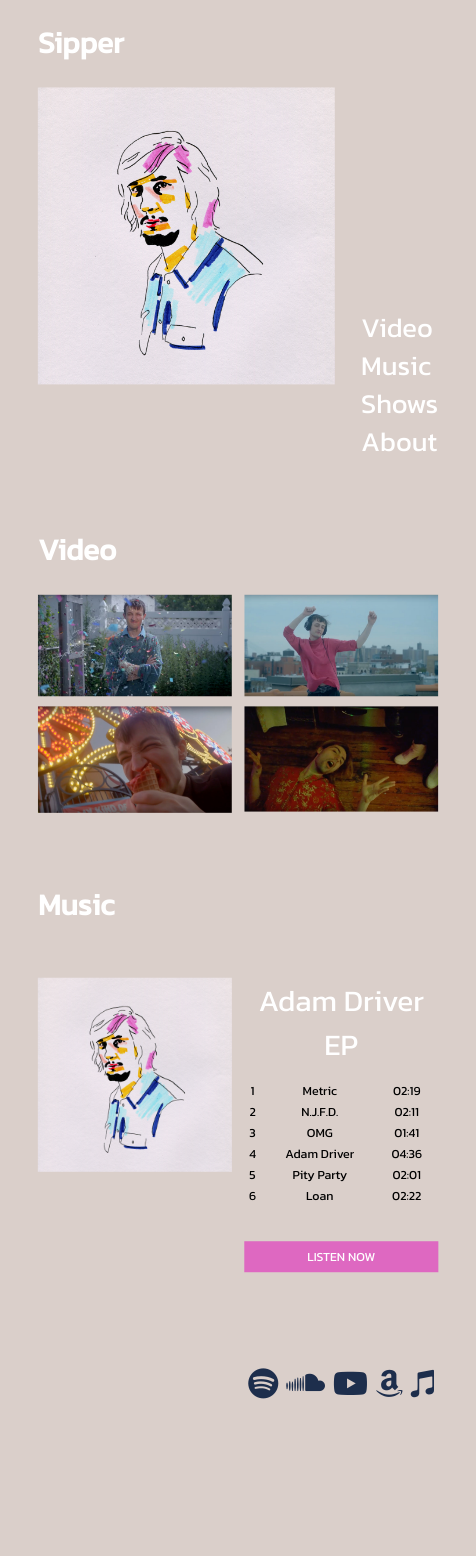
Repository: KrystellBarraza/SipperNYC
Page: index.html
These files come from the project's save history. The page is drawn as it stood at one moment and after the next save; the edit follows.
The browser window is 768 px wide. The pictures show the whole page, at 62% of full size.
Some web libraries are served in a nearby version.

Above is the page before, as saved 2019-08-21 17:51:31.

### index.html
<!DOCTYPE html>
    <head>
        <meta charset="utf-8">
        <meta http-equiv="X-UA-Compatible" content="IE=edge">
        <title>Sipper</title>
        <meta name="description" content="Wholesome and intrinsically delicate, SIPPER is an NYC based band who wants nothing more than to make you enjoy whatever they put out.">
        <meta name="viewport" content="width=device-width, initial-scale=1">
        <script src="https://kit.fontawesome.com/0942df55aa.js"></script>
        <script src="https://ajax.googleapis.com/ajax/libs/jquery/3.4.1/jquery.min.js"></script>
        <link rel="stylesheet" href="https://ajax.googleapis.com/ajax/libs/jqueryui/1.12.1/themes/smoothness/jquery-ui.css">
        <script src="https://ajax.googleapis.com/ajax/libs/jqueryui/1.12.1/jquery-ui.min.js"></script>
        <link href="https://fonts.googleapis.com/css?family=Kanit&display=swap" rel="stylesheet">
        <link rel="stylesheet" href="venobox/venoboxcopy.css" type="text/css" media="screen">
        <link rel="stylesheet" href="style.css">
    </head>
    <body>

        <div class="container-home">
            <div class="head">
                <header>
                    <h1><a href="index.html">Sipper</a></h1>

                    <div id="toggleText">
                        <p class="menuToggle Open placeHolder"></p>
                        <p class="menuToggle Close" style="color: #FFF;"></p>
                    </div>

                    <div id="menu">
                        <ul id="hiddenMenu">
                            <li><a href="#video">Video</a></li>
                            <li><a href="#music">Music</a></li>
                            <li><a href="#shows">Shows</a></li>
                            <li><a href="#about">About</a></li>
                        </ul>
                    </div>

                    <div class="inlineMenu">
                        <a href="#video">Video</a>
                        <a href="#music">Music</a>
                        <a href="#shows">Shows</a>
                        <a href="#about">About</a>
                    </div>

                </header>
            </div>

            <div id="menu-container"></div>

            <div class="menu">
                <div class="flexbox-nav">
                    <nav class="side-Nav">
                        <li><a href="#video">Video</a></li>
                        <li><a href="#music">Music</a></li>
                        <li><a href="#shows">Shows</a></li>
                        <li><a href="#about">About</a></li>
                    </nav>
                </div>
            </div>

            <div class="album">
                <img src="images/albumcover.jpg">
            </div>

            <div class="footer"></div>

        </div>


        <div class="container-video">
            <div class="head-video">
                <h1 id="video">Video</h1>
            </div>

            <div class="container video-a">
                <div class="content">
                    <a class="venobox" data-autoplay="true" data-vbtype="video" data-gall="myGallery" href="https://youtu.be/N3MalJX4Ll4">
                        <div class="content-overlay"></div>
                        <img class="content-image" src="images/AdamDriver.jpg" alt="Adam Driver">
                        <div class="content-details fadeIn-bottom">
                            <p class="content-title">Adam Driver</p>
                        </div>
                    </a>
                </div>
            </div>

            <div class="container video-b">
                <div class="content">
                    <a class="venobox" data-autoplay="true" data-vbtype="video" data-gall="myGallery" href="https://youtu.be/suzVxfuO1rU">
                        <div class="content-overlay"></div>
                        <img class="content-image" src="images/Metric.jpg" alt="Metric">
                        <div class="content-details fadeIn-top">
                            <p class="content-title">Metric</p>
                        </div>
                    </a>
                </div>
            </div>

            <div class="container video-c">
                <div class="content">
                    <a class="venobox" data-autoplay="true" data-vbtype="video" data-gall="myGallery" href="https://youtu.be/sNYNVeHuiyg">
                        <div class="content-overlay"></div>
                        <img class="content-image" src="images/NJFD.jpg" alt="N.J.F.D.">
                        <div class="content-details fadeIn-left">
                            <p class="content-title">N.J.F.D.</p>
                        </div>
                    </a>
                </div>
            </div>

            <div class="container video-d">
                <div class="content">
                    <a class="venobox" data-autoplay="true" data-vbtype="video" data-gall="myGallery" href="https://youtu.be/S9CmWtUvWd0">
                        <div class="content-overlay"></div>
                        <img class="content-image" src="images/OMG.jpg" alt="OMG">
                        <div class="content-details fadeIn-right">
                            <p class="content-title">OMG</p>
                        </div>
                    </a>
                </div>
            </div>

            <div class="footer-video"></div>

        </div>

        <div class="container-music">
            <div class="head-music">
                <h1 id="music">Music</h1>
            </div>

            <div class="ep">
                <img src="images/albumcover.jpg">
            </div>

            <div class="music-k">
                <p class="ep-title">Adam Driver EP</p>

                <table>
                    <tr>
                        <td>1</td>
                        <td>Metric</td>
                        <td>02:19</td>
                    </tr>
                    <tr>
                        <td>2</td>
                        <td>N.J.F.D.</td>
                        <td>02:11</td>
                    </tr>
                    <tr>
                        <td>3</td>
                        <td>OMG</td>
                        <td>01:41</td>
                    </tr>
                    <tr>
                        <td>4</td>
                        <td>Adam Driver</td>
                        <td>04:36</td>
                    </tr>
                    <tr>
                        <td>5</td>
                        <td>Pity Party</td>
                        <td>02:01<td>
                    </tr>
                    <tr>
                        <td>6</td>
                        <td>Loan</td>
                        <td>02:22</td>
                    </tr>
                </table>
            </div>

            <div class="music-j">
                <div class="listen">
                    <a href="https://levelmusic.lnk.to/AdamDriver_EP" target="_blank">Listen Now</a>
                </div>
            </div>

            <div class="fabIcons music-g">
                <a href="https://open.spotify.com/album/55qLPgpA8Q9fKp5JZo5pjp" target="_blank"><i class="fab fa-spotify"></i></a>
                <a href="https://soundcloud.com/invertebratemusic/sets/sipper-adam-driver-ep" target="_blank"><i class="fab fa-soundcloud"></i></a>
                <a href="https://www.youtube.com/channel/UC4grwiaSitqhA_vmRum_fdg/search?query=sipper" target="_blank"><i class="fab fa-youtube"></i></a>
                <a href="https://www.amazon.com/gp/product/B07QJBL8ZX/ref=dm_ws_sp_ps_dp" target="_blank"><i class="fab fa-amazon"></i></a>
                <a href="https://music.apple.com/us/album/1459355658?app=music" target="_blank"><i class="fab fa-itunes-note"></i></a>
            </div>

            <div class="footer-music"></div>

        </div>

        <script src="app.js" async defer></script>
        <script src="venobox/venobox.mincopy.js" async defer></script>
    </body>
</html>

### style.css
* {
    box-sizing: border-box;
}

html {
    scroll-behavior: smooth;
}

body {
    margin: 0;
    background-color: #dacfca;
}

p, li {
    font-family: 'Kanit', sans-serif;
}

p {
    font-size: 18px;
}

h1 {
    font-family: 'Kanit', sans-serif;
    color: #fff;
    font-size: 48px;
}

a {
    text-decoration: none;
    color: #fff;
}

/* Header - Home */

.container-home {
    display: grid;
    grid-template-columns: repeat(12, 1fr);
    grid-template-rows: auto 2fr 1fr;
    grid-gap: 5px;
    grid-column-gap: 20px;
    padding-left: 8%;
    padding-right: 8%;
    grid-template-areas:
    "h h h h h h h h h h h h"
    "c c c c c c c c c m m m"
    "c c c c c c c c c m m m"
    "c c c c c c c c c m m m"
    "f f f f f f f f f f f f";
}

.head {
    grid-area: h;
}

.inlineMenu {
    font-family: 'Kanit', sans-serif;
    font-size: 22px;
    word-spacing: 1em;
    top: 16%;
    right: 10%;
    position: absolute;
}

@media (min-width: 566px) and (max-width: 569px) {
    .inlineMenu {
        top: 19.5%;
        word-spacing: .5em;
    }
}

/* Toggled Header Nav */

#toggleText {
    top: 5%;
    right: 10%;
    color: #fff;
    position: absolute;
    z-index: 10;
}

#menu-container {
    background-color: #03262f;
    position: absolute;
    width: 100%;
    left: 0%;
    height: 100vh;
    z-index: 6;
}

#menu {
    background-color: #03262f;
    position: absolute;
    top: 0%;
    left: 0%;
    width: 100%;
    height: 100vh;
    z-index: 7;
}

#hiddenMenu {
    position: absolute;
    top: 30%;
}

p.placeHolder {
    display: none;
}

p.Open:before {
    content: "Menu";
}

p.Close:before {
    content: "Close";
}

ul {
    list-style: none;
}

li {
    font-size: 44px;
    line-height: 46pt;
}

/* Toggled Menu Media Queries */

@media only screen and (max-width: 450px) {
    nav {
        visibility: hidden;
    }
}

@media only screen and (min-width: 450px) {
    #toggleText {
        visibility: hidden;
    }

    #menu {
        visibility: hidden;
    }

    #menu-container {
        visibility: hidden;
    }
}

/* Scrollbar */

::-webkit-scrollbar { width: 8px; }

::-webkit-scrollbar-track { color: transparent; }

::-webkit-scrollbar-thumb {
    background-color: rgba(000, 0, 0, 0.2);
    border-radius: 5px;
}

/* Menu */

.menu {
    grid-area: m;
}

.flexbox-nav {
    display: flex;
    align-items: flex-end;
    justify-content: flex-end;
    margin-top: 356px;
}

.side-nav {
    align-self: flex-end;
    margin-top: 30px;
}

nav > a {
    font-family: 'Kanit', sans-serif;
    color: #fff;
    font-size: 48px;
}

nav > li {
    list-style-type: none;
    padding: 0;
    margin: 0;
}

@media only screen and (max-width: 416px){
    .menu {
        display: none;
    }

    .container-home {
        display: grid;
        grid-template-columns: repeat(12, 1fr);
        grid-template-rows: auto 2fr 1fr;
        grid-gap: 5px;
        padding-left: 8%;
        padding-right: 8%;
        grid-template-areas:
        "h h h h h h h h h h h h"
        "c c c c c c c c c c c c"
        "c c c c c c c c c c c c"
        "c c c c c c c c c c c c"
        "f f f f f f f f f f f f";
    }

    .album > img {
        object-fit: contain;
        width: 100%;
    }

}

/* Inline Menu Queries */

@media only screen and (max-width: 416px) {
    .inlineMenu {
        display: none;
    }
}

@media only screen and (min-width: 766px){
    .inlineMenu {
        display: none;
    }
}

/* Mobile Landscape Queries */

@media (orientation: landscape) and (max-width: 766px) {
    .menu {
        display: none;
    }

    .container-home {
        display: grid;
        grid-template-columns: repeat(12, 1fr);
        grid-template-rows: auto 2fr 1fr;
        grid-gap: 5px;
        padding-left: 8%;
        padding-right: 8%;
        grid-template-areas:
        "h h h h h h h h h h h h"
        "c c c c c c c c c c c c"
        "c c c c c c c c c c c c"
        "c c c c c c c c c c c c"
        "f f f f f f f f f f f f";
    }

    .album > img {
        object-fit: contain;
        width: 100%;
    }
}

/* Album */

.album {
    grid-area: c;
}

.album > img {
    object-fit: contain;
    width: 100%;
    max-height: 600px;
}

.footer {
    grid-area: f;
    height: 70px;
}


/* Video */

.container-video {
    display: grid;
    grid-template-columns: repeat(12, 1fr);
    grid-template-rows: auto 1fr 1fr;
    grid-gap: 5px;
    grid-column-gap: 20px;
    padding-left: 8%;
    padding-right: 8%;
    grid-template-areas:
    "h h h h h h h h h h h h"
    "a a a a a a b b b b b b"
    "c c c c c c d d d d d d"
    "f f f f f f f f f f f f";
}

.head-video {
    grid-area: h;
}

.video-a {
    grid-area: a;
    justify-self: center;
}

.video-b {
    grid-area: b;
    justify-self: center;
}

.video-c {
    grid-area: c;
    justify-self: center;
}

.video-d {
    grid-area: d;
    justify-self: center;
}

.footer-video {
    grid-area: f;
    height: 70px;
}

.container .title {
    text-align: center;
}

.content {
    position: relative;
    width: 100%;
    max-width: 550px;
    overflow: hidden;
}

.content .content-overlay {
    background: rgba(0,0,0,0.7);
    position: absolute;
    height: 99%;
    width: 100%;
    opacity: 0;
    -webkit-transition: all 0.4s ease-in-out 0s;
    -moz-transition: all 0.4s ease-in-out 0s;
    transition: all 0.4s ease-in-out 0s;
}

.content:hover .content-overlay {
    opacity: 1;
}

.content-image {
    width: 100%;
}

.content-details {
    position: absolute;
    text-align: center;
    padding-left: 1em;
    padding-right: 1em;
    width: 100%;
    top: 50%;
    left: 50%;
    opacity: 0;
    -webkit-transform: translate(-50%, -50%);
    -moz-transform: translate(-50%, -50%);
    transform: translate(-50%, -50%);
    -webkit-transition: all 0.3s ease-in-out 0s;
    -moz-transition: all 0.3s ease-in-out 0s;
    transition: all 0.3s ease-in-out 0s;
}

.content:hover .content-details {
    top: 50%;
    left: 50%;
    opacity: 1;
}

.content-details p {
    color: #fff;
    font-weight: 500;
    letter-spacing: 0.15em;
    margin-bottom: 0.5em;
    font-size: 0.8em;
    text-transform: uppercase;
}

.fadeIn-bottom {
    top: 80%;
}

.fadeIn-top {
    top: 20%;
}

.fadeIn-left {
    left: 20%;
}

.fadeIn-right {
    left: 80%;
}

@media only screen and (max-width: 416px){
    .container-video {
        display: grid;
        grid-template-columns: repeat(12, 1fr);
        grid-template-rows: auto 1fr 1fr;
        grid-gap: 5px;
        padding-left: 8%;
        padding-right: 8%;
        grid-template-areas:
        "h h h h h h h h h h h h"
        "a a a a a a a a a a a a"
        "b b b b b b b b b b b b"
        "c c c c c c c c c c c c"
        "d d d d d d d d d d d d"
        "f f f f f f f f f f f f";
    }

    .footer-video {
        display: none;
    }
}

/* Music */

.container-music {
    display: grid;
    grid-template-columns: repeat(12, 1fr);
    grid-template-rows: repeat(6, 1fr);
    grid-gap: 5px;
    grid-column-gap: 20px;
    padding-left: 8%;
    padding-right: 8%;
    grid-template-areas:
    "h h h h h h h h h h h h"
    "e e e e e e k k k k k k"
    "e e e e e e k k k k k k"
    "e e e e e e j j j j j j"
    "e e e e e e g g g g g g"
    "f f f f f f f f f f f f";
}

.head-music {
    grid-area: h;
}

.footer-music {
    grid-area: f;
    height: 70px;
}

.ep {
    grid-area: e;
}

.ep > img {
    object-fit: contain;
    width: 100%;
    max-height: 600px;
}

.music-k {
    grid-area: k;
}

.music-k > .ep-title {
    object-fit: contain;
    text-align: center;
    font-size: 48px;
    color: #fff;
    margin: 0;
    width: 100%;
}

.music-k > table {
    font-family: 'Kanit', sans-serif;
    object-fit: contain;
    text-align: center;
    padding-top: 20px;
    border: 0;
    font-size: 20px;
    width: 100%;
}

.music-g {
    grid-area: g;
    align-items: center;
}

.fabIcons {
    display: flex;
    justify-content: space-around;
}

i {
    font-family:'FontAwesome';
    font-size: 50px;
    color: #1d2e4c;
    transition: 0.5s;
}

i.fab:hover {
    color: #3a527c;
}

.music-j {
    grid-area: j;
    align-items: center;
}

.listen {
    margin-top: 50px;
    display: flex;
    justify-content: space-around;
    background: #de68c1;
    font-family: 'Kanit', sans-serif;
    text-transform: uppercase;
    text-align: center;
    align-items: center;
    height: 50px;
    font-size: 1.25em;
    -webkit-transition: 0.5s;
    transition: 0.5s;
    border: none;
}

.listen:hover {
    background: #e794ce;
}

@media only screen and (max-width: 376px) {
    i {
        font-size: 40px;
    }
}

@media only screen and (max-width: 416px) {
    .container-music {
        display: grid;
        grid-template-columns: repeat(12, 1fr);
        grid-template-rows: 1fr auto;
        grid-gap: 5px;
        grid-column-gap: 20px;
        padding-left: 8%;
        padding-right: 8%;
        grid-template-areas:
        "h h h h h h h h h h h h"
        "e e e e e e e e e e e e"
        "e e e e e e e e e e e e"
        "k k k k k k k k k k k k"
        "k k k k k k k k k k k k"
        "j j j j j j j j j j j j"
        "g g g g g g g g g g g g"
        "f f f f f f f f f f f f";
    }

    .music-k > table {
        font-size: 16px;
        width: 100%;
        text-align: center;
    }

    .music-k > .ep-title {
        font-size: 36px;
        text-align: center;
    }

    .listen {
        margin-top: 20px;
    }

    .music-g {
        margin-top: 25px;
        margin-bottom: 25px;
    }

    .footer-music {
        display: none;
    }

}

@media (orientation: landscape) and (max-width: 824px) {
    .music-k > .ep-title {
        font-size: 36px;
        text-align: center;
    }

    i {
        font-size: 36px;
    }

    .container-music {
        display: grid;
        grid-template-columns: repeat(12, 1fr);
        grid-template-rows: 1fr 1fr 1fr auto;
        grid-gap: 5px;
        grid-column-gap: 20px;
        padding-left: 8%;
        padding-right: 8%;
        grid-template-areas:
        "h h h h h h h h h h h h"
        "e e e e e e k k k k k k"
        "e e e e e e k k k k k k"
        "g g g g g g j j j j j j"
        "f f f f f f f f f f f f";
    }

    .listen {
        margin-top: 10px;
    }

    .fabIcons {
        margin-top: 10px;
    }
}

@media (orientation: landscape) and (max-width: 668px) {
    .music-k > .ep-title {
        font-size: 25px;
    }

    .music-k > table {
        font-size: 14px;
        width: 100%;
        text-align: center;
    }

    .listen {
        margin-top: 0;
    }

    .fabIcons {
        margin-top: 0;
    }
}

### app.js
$(document).ready(() => {
    $('#toggleText').click(() => {
      $('.menuToggle').toggleClass('placeHolder');
      $('#menu').toggle('slide',{direction:'up'}, 1000);
      $('#menu-container').toggle('fade',{direction: 'down'}, 500);
    });
  });

  $(document).ready(function(){
    $('.venobox').venobox({
        spinner:'three bounce',
        closeBackground: 'transparent'
    });
});

Loaded but not shown: venobox/venoboxcopy.css (common file); venobox/venobox.mincopy.js (library)

After the next save:
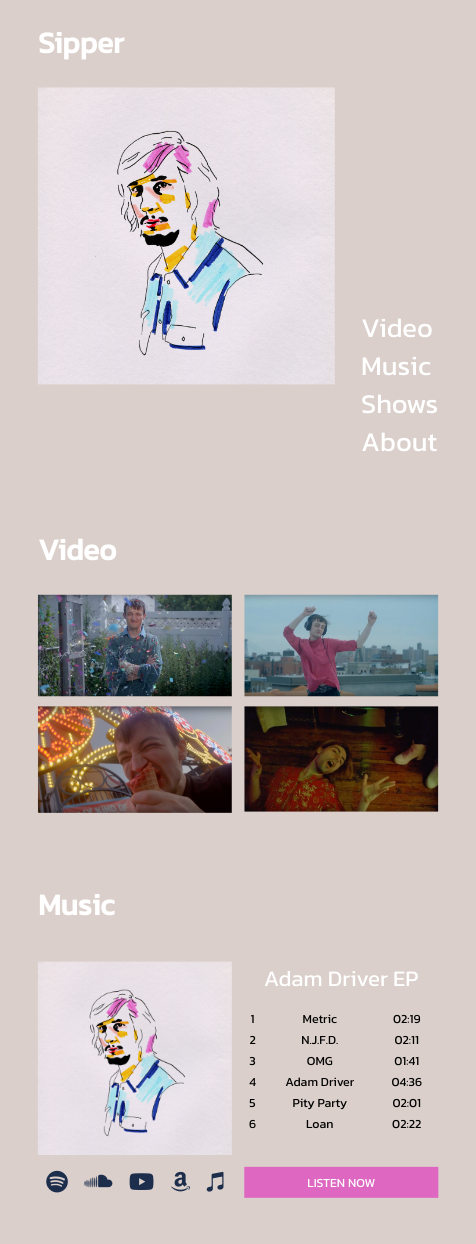
Saved 21 min 20 s later.
--- a/style.css
+++ b/style.css
@@ -578,7 +578,7 @@ i.fab:hover {
 
 }
 
-@media (orientation: landscape) and (max-width: 824px) {
+@media screen and (max-width: 824px) {
     .music-k > .ep-title {
         font-size: 36px;
         text-align: center;
